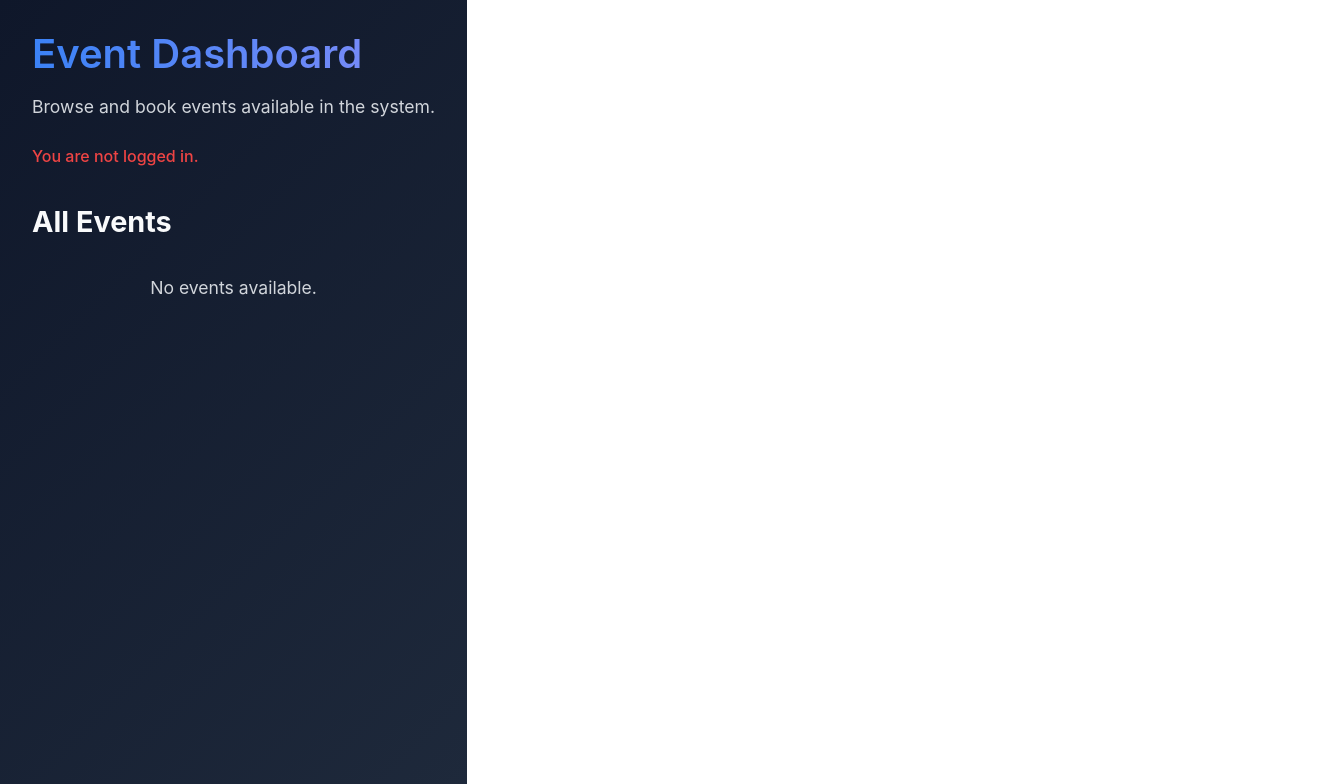
Repository: EphrahimLaanyu123/Karis
Page: /dashboard
These files come from the project's save history. The page is drawn as it stood at one moment and after a run of saves; the edit follows.
The browser window is 1280 px wide. The page is 1280 px wide, then 1344 px, so the pictures cover 1344 px, including what lies to the right of the window. The pictures show the whole page.
The page's requests for data from a server got no answer. The project was rebuilt for these pictures with package versions that can differ from the ones it lists, and the page was loaded fresh each time. No one was signed in, and anything a server would have sent is missing. Also part of the build but not shown: vite.config.js, src/components/Auth.jsx, src/components/admin/Dashboard.jsx, src/components/admin/ProtectedAdminRoute.jsx.

Above is the page before, as saved 2025-05-17 21:10:19.

After the next 3 saves:
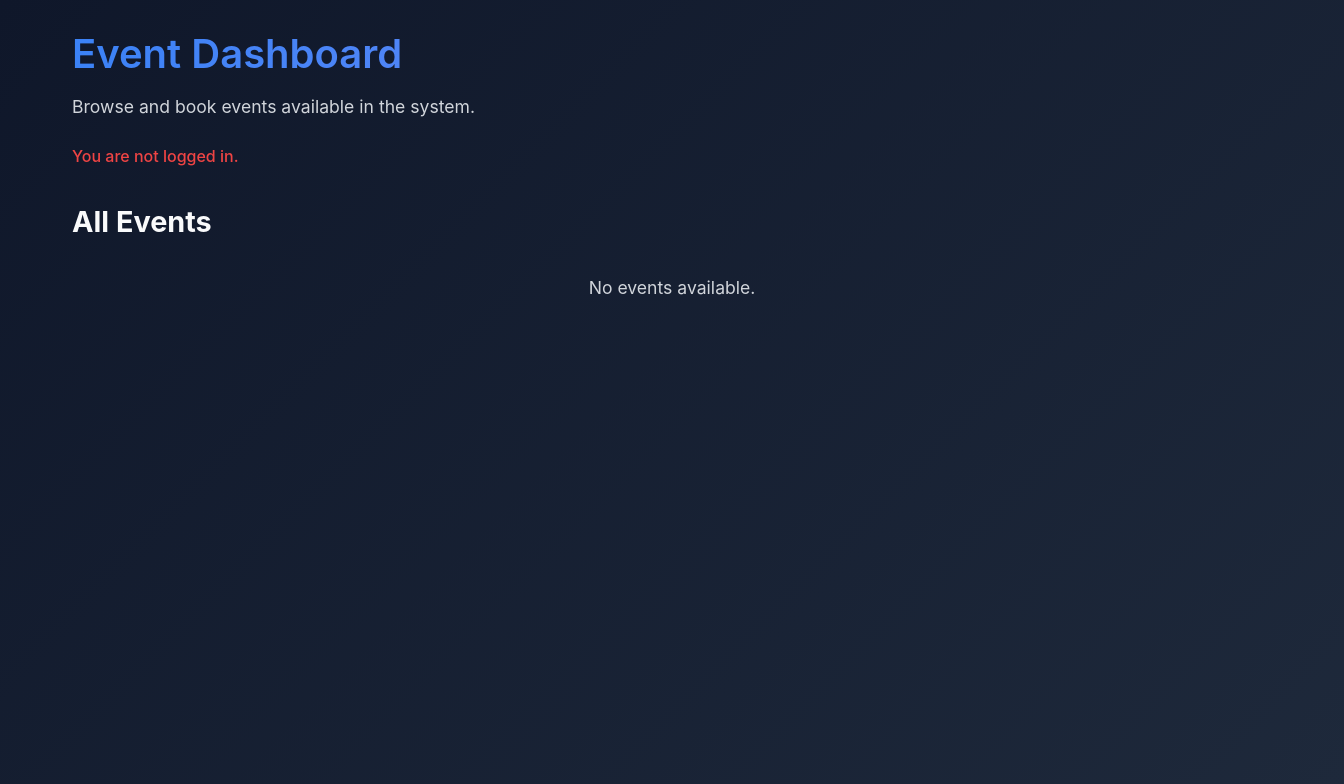
The 3 saves are shown as one change because they came seconds apart.
The last was saved 26 s later.
--- a/src/components/Dashboard.css
+++ b/src/components/Dashboard.css
@@ -20,6 +20,7 @@
   }
 
   .dashboard-container {
+    width: 100vw;
     min-height: 100vh;
     padding: 2rem;
     background: linear-gradient(135deg, #0F172A 0%, #1E293B 100%);
